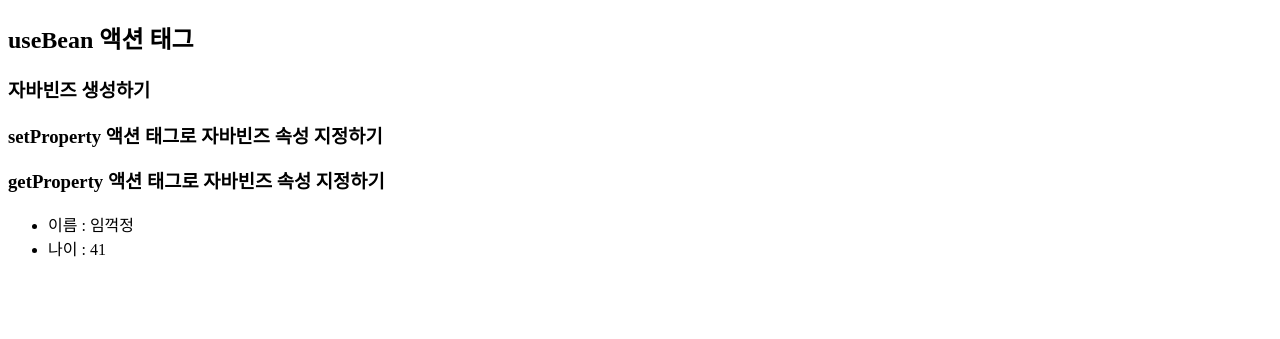
Repository: Park-Dongheon/Servlet-JSP_Training
Page: http://localhost/MustHaveJSP/07ActionTag/UseBeanMain.jsp
An editor plug-in stored every save of this project. The page is shown before and after the next save, followed by the edit.
The browser window is 1280 px wide. The pictures show the whole page.
The page is served by Tomcat 10. Other server files are loaded and not shown.

Above is the page before, as saved 2024-06-18 02:56:17.

### MustHaveJSP/src/main/webapp/07ActionTag/UseBeanMain.jsp
<%@ page language="java" contentType="text/html; charset=UTF-8"
    pageEncoding="UTF-8"%>
<!DOCTYPE html>
<html>
<head>
<meta charset="UTF-8">
<title>액션 태그 - UseBean</title>
</head>
<body>
	<h2>useBean 액션 태그</h2>
	<h3>자바빈즈 생성하기</h3>
	<jsp:useBean id="person" class="common.Person" scope="request" />

	<h3>setProperty 액션 태그로 자바빈즈 속성 지정하기</h3>
	<jsp:setProperty name="person" property="name" value="임꺽정" />
	<jsp:setProperty name="person" property="age" value="41" />

	<h3>getProperty 액션 태그로 자바빈즈 속성 지정하기</h3>
	<ul>
		<li>이름 : <jsp:getProperty name="person" property="name" /></li>
		<li>나이 : <jsp:getProperty name="person" property="age" /></li>
	</ul>
</body>
</html>

### MustHaveJSP/src/main/java/common/Person.java
package common;		// 기본 패키지 이외의 패키지(규약 1번)

public class Person {
	private String name;		// private 멤버 변수(규약 2번)
	private int age;		// private 멤버 변수(규약 2번)

	public Person() {}	// 기본 생성자(규약 3번)

	public Person(String name, int age) {
		super();
		this.name = name;
		this.age = age;
	}

	// public 게터/세터 메서드들(규약 4번, 5번)
	public String getName() {
		return name;
	}

	public void setName(String name) {
		this.name = name;
	}

	public int getAge() {
		return age;
	}

	public void setAge(int age) {
		this.age = age;
	}

}

After the next save:
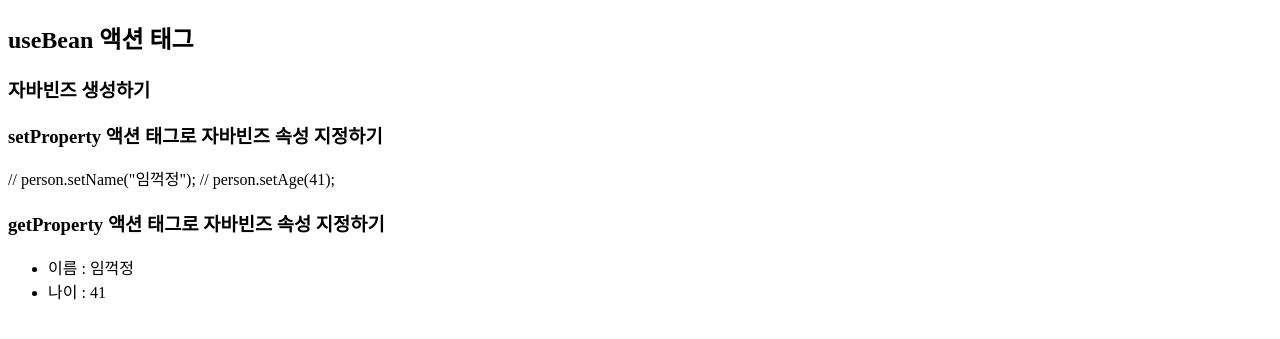
Saved 4 s later.
--- a/MustHaveJSP/src/main/webapp/07ActionTag/UseBeanMain.jsp
+++ b/MustHaveJSP/src/main/webapp/07ActionTag/UseBeanMain.jsp
@@ -1,5 +1,13 @@
 <%@ page language="java" contentType="text/html; charset=UTF-8"
     pageEncoding="UTF-8"%>
+<%-- 	<% --%>
+<!-- 		RequestDispatcher requestDispatcher = request.getRequestDispatcher("/07ActionTag/ForwardSub.jsp").forward(request, response); -->
+<!-- 		common.Perosn person = request.getAttribute("person"); -->
+<!-- 		if(person == null { -->
+<!-- 			common.Person person = new common.Person(); -->
+<!-- 			request.setAttribute("person", peroson); -->
+<!-- 		} -->
+<%-- 	%> --%>
 <!DOCTYPE html>
 <html>
 <head>
@@ -14,6 +22,13 @@
 	<h3>setProperty 액션 태그로 자바빈즈 속성 지정하기</h3>
 	<jsp:setProperty name="person" property="name" value="임꺽정" />
 	<jsp:setProperty name="person" property="age" value="41" />
+<%-- <% --%>
+// 	person.setName("임꺽정");
+// 	person.setAge(41);
+<%-- %> --%>
+
+<%-- <li>이름 : <%= person.getName() %></li> --%>
+<%-- <li>나이 : <%= person.getAge() %></li> --%>
 
 	<h3>getProperty 액션 태그로 자바빈즈 속성 지정하기</h3>
 	<ul>

After the 3 saves that followed:
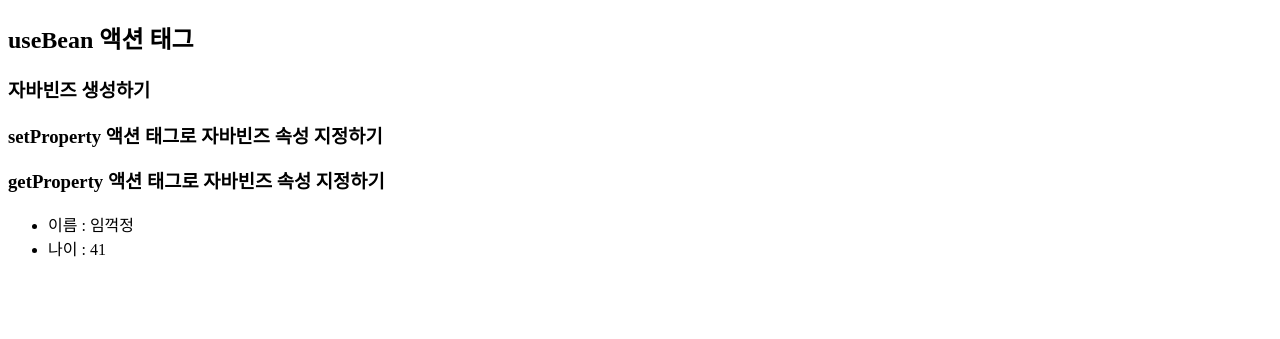
The 3 saves are shown as one change because 1 left the picture as it was and some came seconds apart.
The last was saved 59 s later.
--- a/MustHaveJSP/src/main/webapp/07ActionTag/UseBeanMain.jsp
+++ b/MustHaveJSP/src/main/webapp/07ActionTag/UseBeanMain.jsp
@@ -23,17 +23,18 @@
 	<jsp:setProperty name="person" property="name" value="임꺽정" />
 	<jsp:setProperty name="person" property="age" value="41" />
 <%-- <% --%>
-// 	person.setName("임꺽정");
-// 	person.setAge(41);
+<!--  	person.setName("임꺽정"); -->
+<!--  	person.setAge(41); -->
 <%-- %> --%>
 
-<%-- <li>이름 : <%= person.getName() %></li> --%>
-<%-- <li>나이 : <%= person.getAge() %></li> --%>
+
 
 	<h3>getProperty 액션 태그로 자바빈즈 속성 지정하기</h3>
 	<ul>
 		<li>이름 : <jsp:getProperty name="person" property="name" /></li>
 		<li>나이 : <jsp:getProperty name="person" property="age" /></li>
+		<%-- <li>이름 : <%= person.getName() %></li> --%>
+		<%-- <li>나이 : <%= person.getAge() %></li> --%>
 	</ul>
 </body>
 </html>
